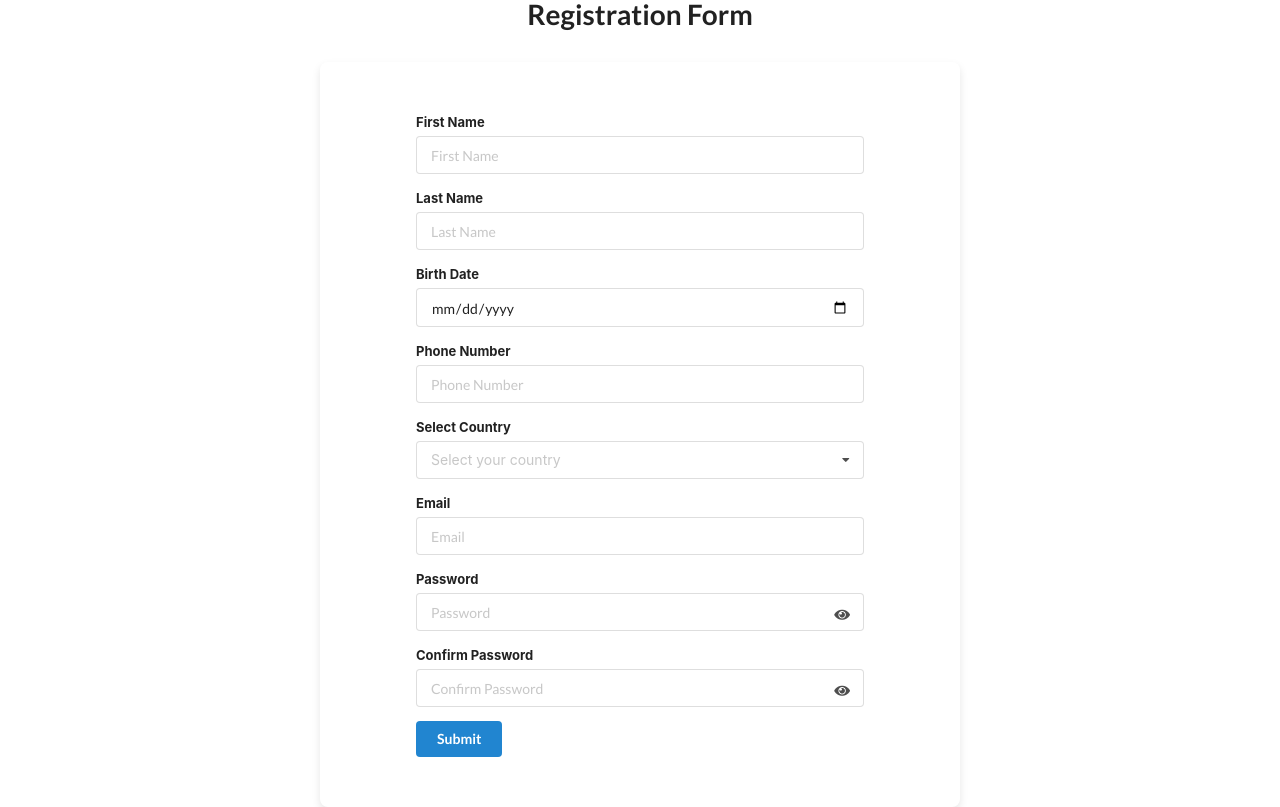
Repository: Wahid137/registration-form
Page: /
An editor plug-in stored every save of this project. The page is shown before and after the next save, followed by the edit.
The browser window is 1280 px wide. The pictures show the whole page.
The project was rebuilt for these pictures with package versions that can differ from the ones it lists, and the page was loaded fresh each time. Also part of the build but not shown: src/App.css.

Above is the page before, as saved 2024-05-01 13:44:14.

After the next save:
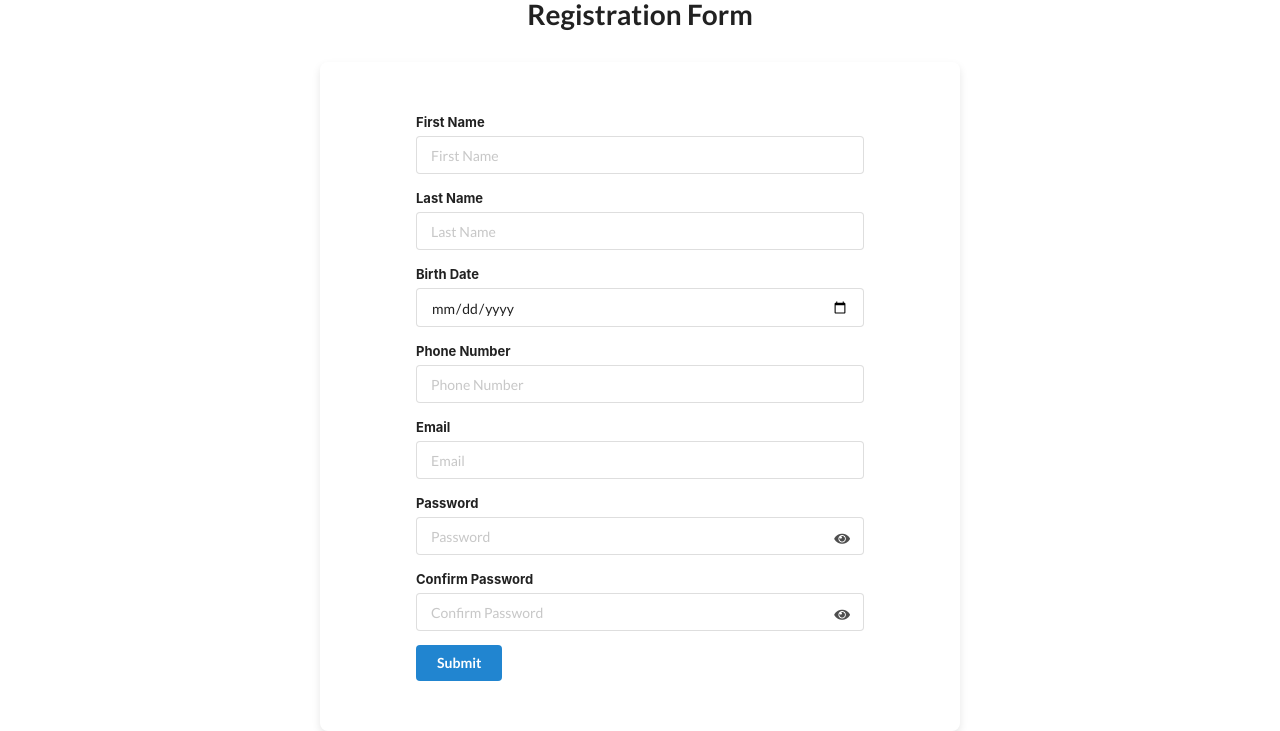
Saved 2 min 3 s later.
--- a/src/components/Register.js
+++ b/src/components/Register.js
@@ -2,18 +2,17 @@ import Joi from "joi";
 import moment from "moment";
 import React, { useState } from "react";
 import { useForm } from "react-hook-form";
-import { Button, Container, Form, FormField, Icon, Select } from "semantic-ui-react";
-import { countryOptions } from "../utils/country";
+import { Button, Container, Form, FormField, Icon } from "semantic-ui-react";
 
 const Register = () => {
-
     const [showPassword, setShowPassword] = useState(false); // State to toggle password visibility
     const [showConfirmPassword, setShowConfirmPassword] = useState(false); // State to toggle confirm password visibility
     const togglePasswordVisibility = () => setShowPassword(!showPassword);
     const toggleConfirmPasswordVisibility = () => setShowConfirmPassword(!showConfirmPassword);
 
     // Initialize React Hook Form
-    const { register, handleSubmit, formState: { errors }, reset } = useForm();
+    const { register, handleSubmit, formState: { errors }, reset, watch } = useForm();
+    const password = watch("password", "");
 
     // State to hold errors
     const [formErrors, setFormErrors] = useState({});
@@ -67,11 +66,11 @@ const Register = () => {
             "string.empty": "Please enter your password",
             "string.pattern.base": "Password must be 3 to 30 characters long and contain at least one lowercase letter, one uppercase letter, and one digit",
             "any.required": "Password is required",
-            "any.only": "Password must contain at least one lowercase letter, one uppercase letter, and one digit"
-        }),
-        confirmPassword: Joi.string().required().valid(Joi.ref("password")).messages({
+        }),
+        confirmPassword: Joi.string().valid(password).required().messages({
             "any.required": "Confirm password is required",
             "any.only": "Passwords do not match",
+
         }),
     });
 
@@ -187,18 +186,6 @@ const Register = () => {
                     </FormField>
                 </div>
                 <div style={{ marginBottom: "1rem" }}>
-                    <FormField >
-                        <label>Select Country</label>
-                        <Select {...register("country")} placeholder='Select your country' options={countryOptions} />
-
-                        {/*      {formErrors.phoneNumber && (
-                            <div className="ui pointing red basic label">
-                                {formErrors.phoneNumber}
-                            </div>
-                        )} */}
-                    </FormField>
-                </div>
-                <div style={{ marginBottom: "1rem" }}>
                     <FormField error={formErrors.email !== undefined}>
                         <label>Email</label>
                         <input
